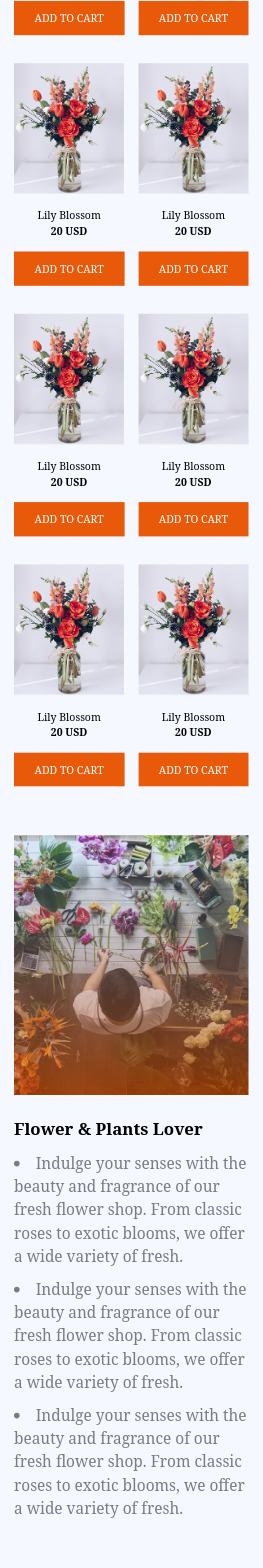
Repository: nahid-hasann/website-7
Page: index.html
An editor plug-in stored every save of this project. The page is shown before and after a run of saves, followed by the edit.
The browser window is 375 px wide. The pictures show the part of the page from y = 1146 to 3386 px (the page is 3386 px tall before and 3356 px after), at 70% of full size.
Some web libraries are served in a nearby version.

Above is the page before, as saved 2025-07-24 13:20:40.

After the next 5 saves:
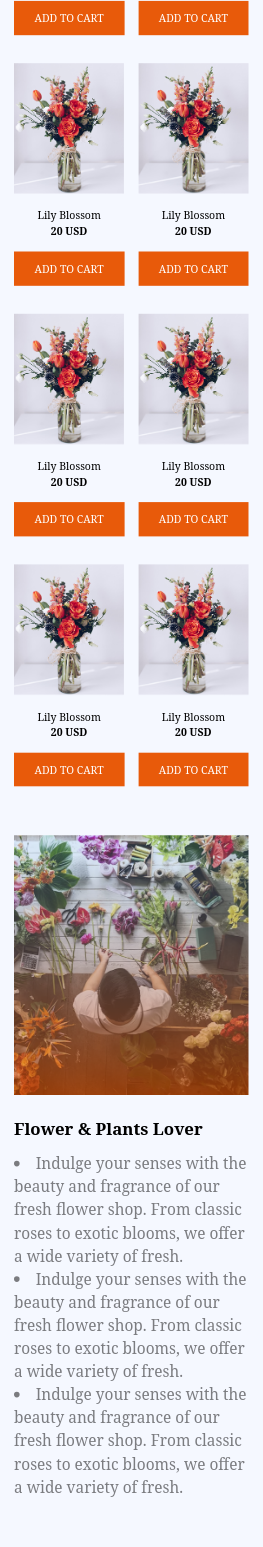
The 5 saves are shown as one change because they came seconds apart.
The last was saved 22 s later.
--- a/style.css
+++ b/style.css
@@ -284,6 +284,8 @@
     margin-top: -30px;
 }
 
+.plants-lover-content or line-height: ;
+
 .plants-lover-content or li:nth-child(2){
     margin-top: 15px;
     margin-bottom: 15px;

After the 2 saves that followed:
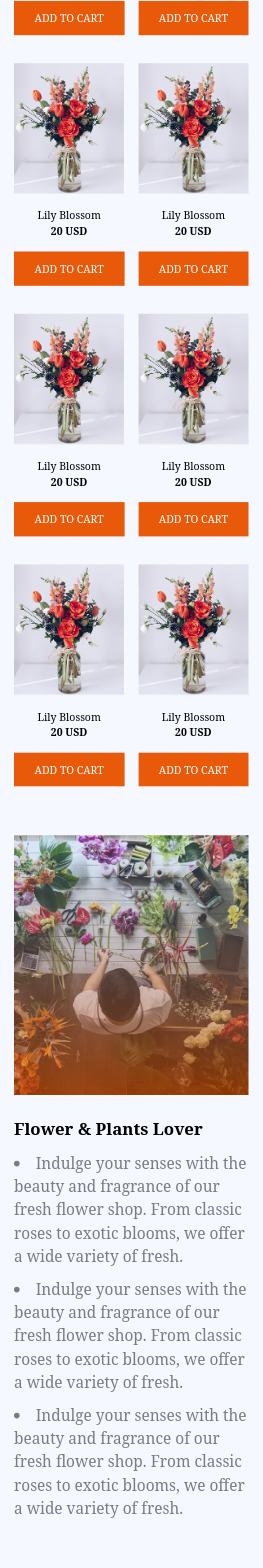
The 2 saves are shown as one change because they came seconds apart.
The last was saved 7 s later.
--- a/style.css
+++ b/style.css
@@ -284,7 +284,9 @@
     margin-top: -30px;
 }
 
-.plants-lover-content or line-height: ;
+.plants-lover-content or li{
+    font
+}
 
 .plants-lover-content or li:nth-child(2){
     margin-top: 15px;
